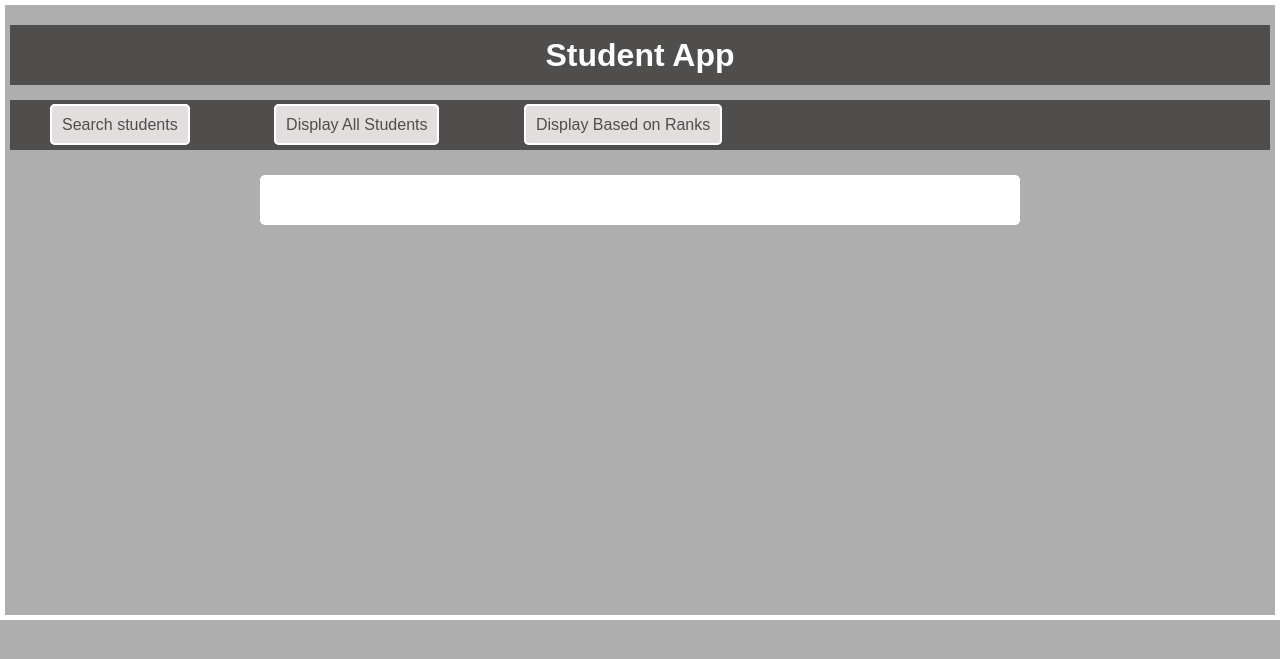
Repository: code8sam/ServletsAndJSP
Page: http://localhost/CRUDOperationsUsingJSP/
The author's editor kept a copy of each file at every save. The page is drawn from the files as they stood at one save, then again after the next save.
The browser window is 1280 px wide. The pictures show the whole page.
The page is served by Tomcat 9. Other server files are loaded and not shown.

Above is the page before, as saved 2022-04-05 06:40:01.

### CRUDOperationsUsingJSP/WebContent/WEB-INF/jspfiles/index.jsp
<%@ page language="java" contentType="text/html; charset=ISO-8859-1"
	pageEncoding="ISO-8859-1"%>

<!DOCTYPE html>
<html>
<head>
<meta charset="ISO-8859-1">
<title>HOME</title>
<link rel="stylesheet" href="./resources/css/mystyle2.css">
</head>
<body>
	<header>
		<h1 class="title">Student App</h1>
	</header>

	<nav>
		<a href="">Search students</a>
		<a href="">Display All Students</a>
		<a href="">Display Based on Ranks</a>
	</nav>
	<div class="container">
	</div>

</body>
</html>

### CRUDOperationsUsingJSP/WebContent/resources/css/mystyle2.css
@charset "ISO-8859-1";

    *
    {
        margin: 0;
        padding: 0;
        font-family: sans-serif;
    }
    body
    {
        background-color: #aeaeae;
        border: 5px solid #fff;
        height: 600px;
        padding: 5px;
    }
    header
    {
        background-color: #504d4d;
        color: #fdfdfd;
        height: 60px;
        text-align: center;
        line-height: 60px;
        margin: 15px 0px;
    }
    nav
    {
        background-color: #504d4d;
        height: 50px;
        line-height: 50px;
    }
    nav a
    {
        border: 2px solid #fff;
        margin: 0 40px;
        padding: 10px;
        background-color: rgb(226, 222, 222);
        border-radius: 5px;
        color: #504d4d;
        text-decoration: none;
    }
    nav a:hover
    {
        background-color: rgb(105, 98, 98);
        color: #fdfdfd;
    }
    .container {
    margin: 25px auto;
	max-width: 700px;
	width: 100%;
	background: #fff;
	padding: 25px 30px;
	border-radius: 5px;
}

.container form .user-detail {
	display: flex;
	flex-wrap: wrap;
	justify-content: space-between;
}

form .user-details .input-box {
	margin: 20px 0 12px 0;
	width: calc(100%/ 2 -20px);
}

.user-details .input-box .details {
	display: block;
	font-weight: 500;
	margin-bottom: 5px;
}

.user-details .input-box input {
	height: 45px;
	width: 100%;
	outline: none;
	border-radius: 5px;
	border: 1px solid #ccc;
	padding-left: 15px;
	font-size: 16px;
	border-bottom-width: 2px;
	transition: all 0.3s ease;
}

.user-details .input-box input:focus, .user-details .input-box input:valid
	{
	border-color: #808080;
}
form .button {
	height: 45px;
	width: 45px 0;
}

form .button input {
	height: 100%;
	width: 100%;
	outline: none;
	color: #fff;
	border: none;
	font-size: 18px;
	font-weight: 500;
	border-radius: 5px;
	letter-spacing: 1px;
	background: linear-gradient(135deg, #353535, #bebebe);
}

form .button input:hover {
	background: linear-gradient(-135deg, #353535, #bebebe);
}

    table
    {
    	padding:25px;
    	width: 70%;
    	border-collapse: collapse;
    }

After the next save:
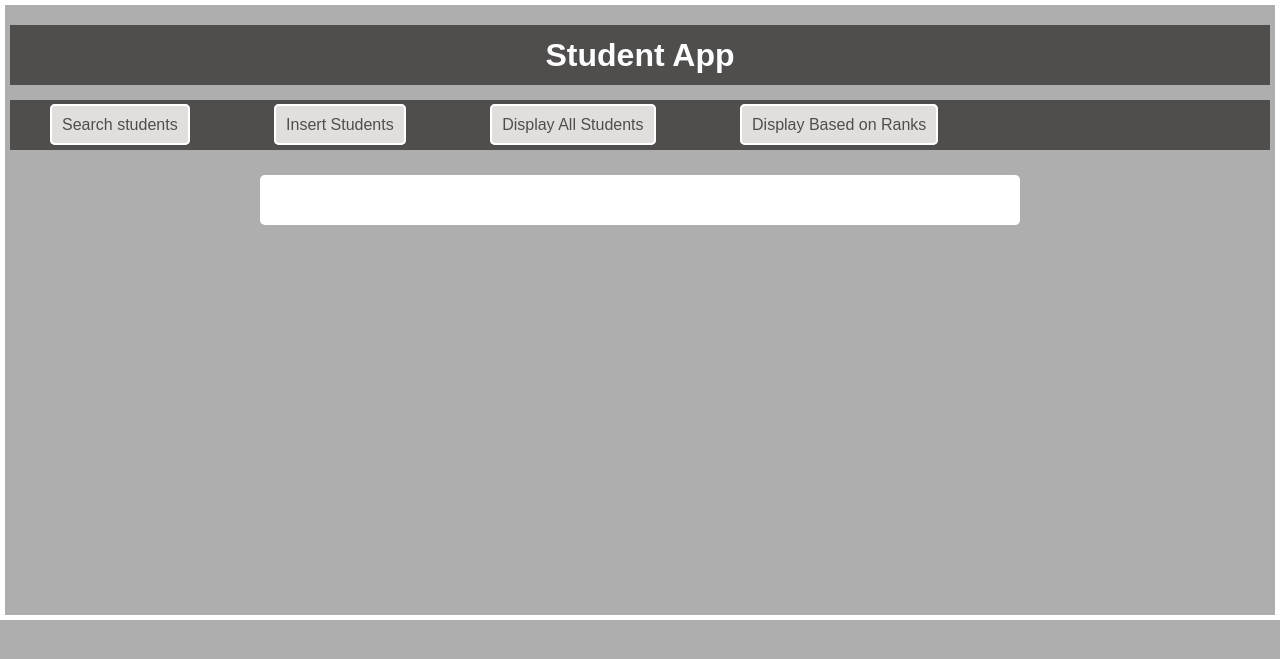
Saved 108 s later.
--- a/CRUDOperationsUsingJSP/WebContent/WEB-INF/jspfiles/index.jsp
+++ b/CRUDOperationsUsingJSP/WebContent/WEB-INF/jspfiles/index.jsp
@@ -15,6 +15,7 @@
 
 	<nav>
 		<a href="">Search students</a>
+		<a href="">Insert Students</a>
 		<a href="">Display All Students</a>
 		<a href="">Display Based on Ranks</a>
 	</nav>
